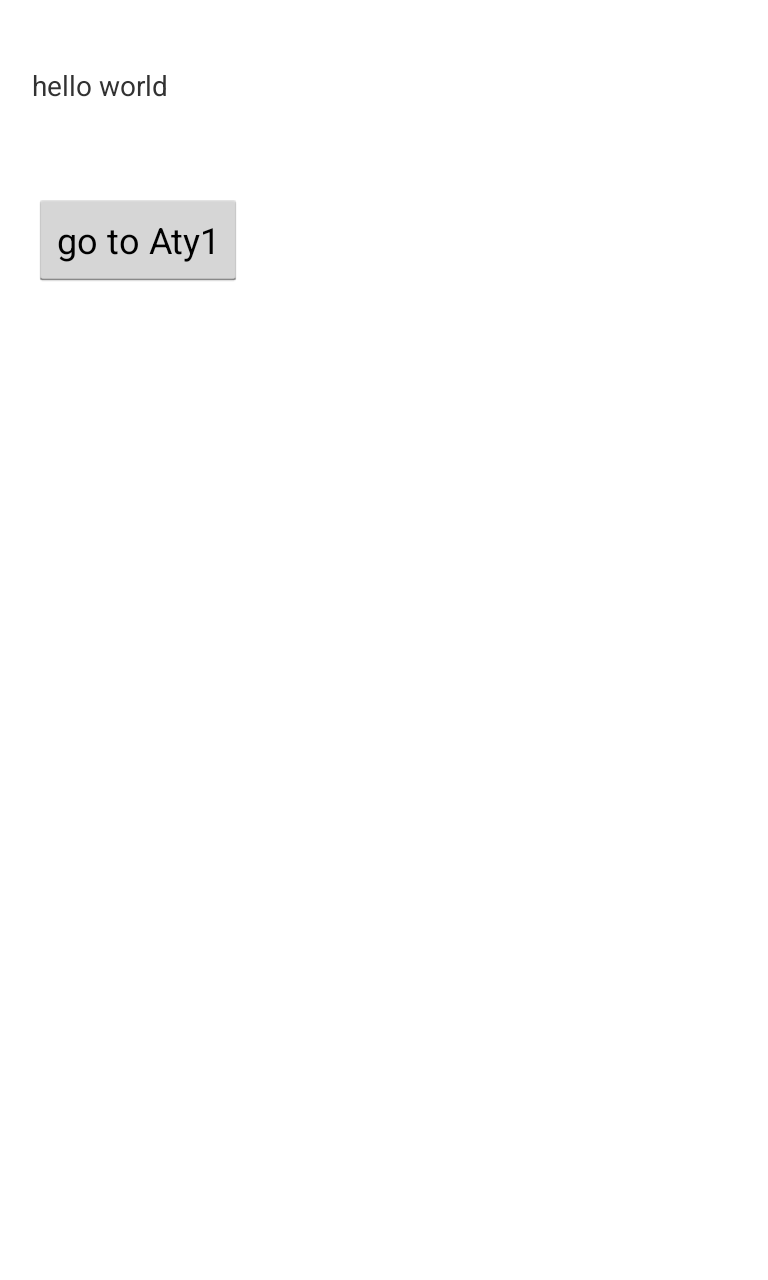
Repository: avenosu/android-coding-practice
Layout: Z001Activity/res/layout/activity_main.xml
The author's editor kept a copy of each file at every save. The layout is drawn from the files as they stood at one save, then again after the next save.
It is drawn on a 768 x 1280 px phone screen (xhdpi) without system bars, with theme AppTheme; the app's code is not run.

Above is the layout before, as saved 2015-03-24 11:20:41.

### Z001Activity/res/layout/activity_main.xml
<RelativeLayout xmlns:android="http://schemas.android.com/apk/res/android"
    xmlns:tools="http://schemas.android.com/tools"
    android:layout_width="match_parent"
    android:layout_height="match_parent"
    android:paddingBottom="@dimen/activity_vertical_margin"
    android:paddingLeft="@dimen/activity_horizontal_margin"
    android:paddingRight="@dimen/activity_horizontal_margin"
    android:paddingTop="@dimen/activity_vertical_margin"
    tools:context="com.zzz.Z001Activity.MainActivity" >

    <TextView
        android:id="@+id/mainactivity_textView1"
        android:layout_width="wrap_content"
        android:layout_height="wrap_content"
        android:layout_alignParentLeft="true"
        android:layout_alignParentTop="true"
        android:layout_marginTop="17dp"
        android:text="hello world" />

    <Button
        android:id="@+id/mainactivity_button1_gotoaty1"
        android:layout_width="wrap_content"
        android:layout_height="wrap_content"
        android:layout_alignLeft="@+id/mainactivity_textView1"
        android:layout_below="@+id/mainactivity_textView1"
        android:layout_marginTop="44dp"
        android:text="go to Aty1" />

</RelativeLayout>

Loaded but not shown: Z001Activity/res/values/styles.xml (common file); Z001Activity/res/values-v11/styles.xml (common file); Z001Activity/res/values-v14/styles.xml (common file); Z001Activity/res/values/dimens.xml (common file); Z001Activity/res/values-w820dp/dimens.xml (common file)

After the next save:
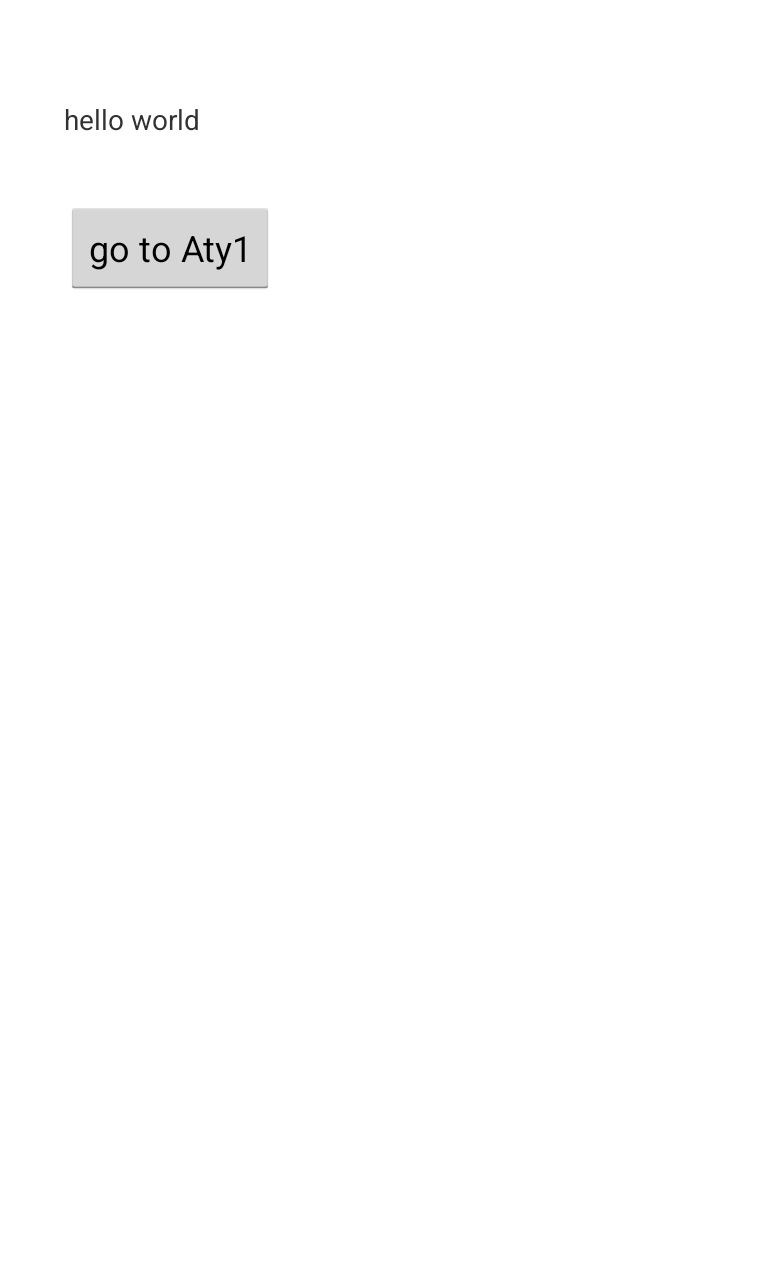
Saved 102 s later.
--- a/Z001Activity/res/layout/activity_main.xml
+++ b/Z001Activity/res/layout/activity_main.xml
@@ -8,22 +8,23 @@
     android:paddingTop="@dimen/activity_vertical_margin"
     tools:context="com.zzz.Z001Activity.MainActivity" >
 
+    <Button
+        android:id="@+id/mainactivity_button1_gotoaty1"
+        android:layout_width="wrap_content"
+        android:layout_height="wrap_content"
+        android:layout_alignParentLeft="true"
+        android:layout_alignParentTop="true"
+        android:layout_marginLeft="16dp"
+        android:layout_marginTop="84dp"
+        android:text="go to Aty1" />
+
     <TextView
         android:id="@+id/mainactivity_textView1"
         android:layout_width="wrap_content"
         android:layout_height="wrap_content"
-        android:layout_alignParentLeft="true"
+        android:layout_alignLeft="@+id/mainactivity_button1_gotoaty1"
         android:layout_alignParentTop="true"
-        android:layout_marginTop="17dp"
+        android:layout_marginTop="34dp"
         android:text="hello world" />
 
-    <Button
-        android:id="@+id/mainactivity_button1_gotoaty1"
-        android:layout_width="wrap_content"
-        android:layout_height="wrap_content"
-        android:layout_alignLeft="@+id/mainactivity_textView1"
-        android:layout_below="@+id/mainactivity_textView1"
-        android:layout_marginTop="44dp"
-        android:text="go to Aty1" />
-
 </RelativeLayout>
